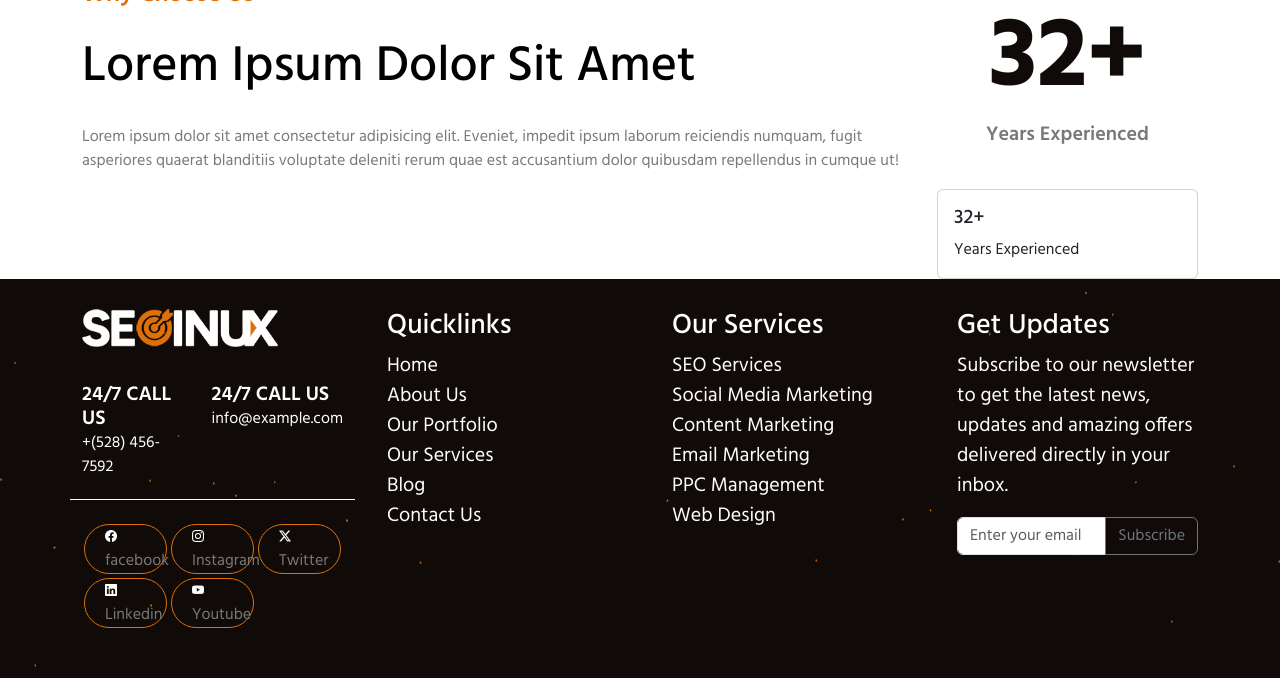
Repository: tagnam/seoinox
Page: about.html
An editor plug-in stored every save of this project. The page is shown before and after a run of saves, followed by the edit.
The browser window is 1280 px wide. The pictures show the part of the page from y = 3019 to 3745 px (the page is 3697 px tall before and 3745 px after).
A picture or video elsewhere on the page could not be fetched, so the positions and the page height are approximate. Backgrounds fixed to the window are drawn as part of the page.

Above is the page before, as saved 2025-02-26 11:10:53.

### about.html
<!DOCTYPE html>
<html lang="en">
<head>
    <meta charset="UTF-8">
    <meta name="viewport" content="width=device-width, initial-scale=1.0">
    <title>SEOINOX</title>
    <link href="https://cdn.jsdelivr.net/npm/bootstrap@5.3.3/dist/css/bootstrap.min.css" rel="stylesheet" integrity="sha384-QWTKZyjpPEjISv5WaRU9OFeRpok6YctnYmDr5pNlyT2bRjXh0JMhjY6hW+ALEwIH" crossorigin="anonymous">
    <link rel="stylesheet" href="style/css/style.css">
    <link rel="stylesheet" href="style/css/responsive.css">
    <link rel="stylesheet" href="style/css/animation.css">
</head>


<body>
  <header>
    <nav class="navbar navbar-expand-lg ">
        <div class="container-fluid">
          <a class="navbar-brand" href="#"><img src="images/main-logo-sec.png" width="100%" alt=""></a>
          <button class="navbar-toggler" type="button" data-bs-toggle="collapse" data-bs-target="#navbarSupportedContent" aria-controls="navbarSupportedContent" aria-expanded="false" aria-label="Toggle navigation">
            <span class="navbar-toggler-icon"></span>
          </button>
          <div class="collapse navbar-collapse custom-navbar-collapse" id="navbarSupportedContent">
            <ul class="navbar-nav custom-navbar-nav">
              <li class="nav-item">
                <a class="nav-link active" aria-current="page" href="/">Home</a>
              </li>
              <li class="nav-item">
                <a class="nav-link" href="about.html">About US</a>
              </li>
              <li class="nav-item">
                <a class="nav-link" href="portfolio.html">Our Portfolio</a>
              </li>
              <li class="nav-item">
                <a class="nav-link" href="service.html">Our Services</a>
              </li>
              <li class="nav-item">
                <a class="nav-link" href="blog.html">Blog</a>
              </li>
              <li class="nav-item">
                <a class="nav-link" href="contact.html">Contact Us</a>
              </li>
            </ul>
            <div class="d-flex" role="search">
                    <div class="menu-icon">
                        <div class="menu-icon-item"> </div>
                        <div class="menu-icon-item"></div>
                        <div class="menu-icon-item"></div>
                    </div>
            </div>
          </div>
        </div>
      </nav>
  </header>


<!--====================================== start hero section  ============================-->
 <section class="inner-page-hero-section">
    <div class="container">
        <div class="row">
                <div class="col-lg-12" style="z-index: 10;">
                    <div class="page-title">
                        <h2> About Us</h2>
                    </div>
                </div>
        </div>
    </div>
    <div class="overlay"></div>
 </section>

<!--====================================== end hero section  ============================-->

  <!--====================================== start about section  ============================-->
  <section class="about-section">
    <div class="container">
      <div class="row">
        <div class="col-lg-6" style="height: 800px;">
          <div class="about-img-container">
            <img src="images/about-image.png" alt="">
          </div>
        </div>
        <div class="col-lg-6">

          <div class="about-content-container">
            <div class="about-content">
              <h2 class="about-main-heading" style="text-align: start;">About Us</h2>
              <p class="about-sub-heading" style="text-align: start ; line-height: 80px;">Lorem ipsum dolor sit amet</p>
          </div>
          <p>At the core of our journey lies a commitment to driving growth fueled by a combination of expertise and passion. We believe growth is not just about numbers—it's about creating meaningful impact, fostering innovation, and building relationships that last. Our team brings a wealth of knowledge, experience, and dedication to every project.</p>
          <div class="about-card card">
            <div class="row g-4">
              <div class="col" style="background-color: #F7F7F7; border-radius: 15px;  ">
                <div class="card-body mission-vission">
                  <h5 class="card-title">Our Mission</h5>
                  <p class="card-text">Lorem ipsum dolor sit amet, consectetur adipiscing elit. </p>
                </div>
              </div>
              <div class="col" >
                <div class="card-body mission-vission">
                  <h5 class="card-title">Our Vision</h5>
                  <p class="card-text">Lorem ipsum dolor sit amet, consectetur adipiscing elit. </p>
                </div>
              </div>
            </div>
          </div>
        </div>
        </div>
      </div>
    </div>
  </section>

    <!--====================================== end about section  ============================-->
    <div class="clearfix"></div>


    <!--====================================== start choice  section  ============================-->

<section class="ab-page-choice-section">
<div class="container">
  <div class="row">
    <div class="col-lg-6" style="padding: 0px 50px;">
      <div class="about-content" >
        <h2 class="about-main-heading" style="text-align: start;">About Us</h2>
        <p class="about-sub-heading" style="text-align: start ; line-height: 80px; color: #fff;">Lorem ipsum dolor sit amet</p>
        <p style="text-align: start; color: #F7F7F7;">At the core of our journey lies a commitment to driving growth fueled by a combination of expertise and passion. We believe growth is not just about numbers—it's about creating meaningful impact, fostering innovation, and building relationships that last. Our team brings a wealth of knowledge, experience, and dedication to every project.</p>

    </div>
    </div>
    <div class="col-lg-6" style="padding: 0px 50px;">
      <div class="row row-cols-1 row-cols-md-2 g-4">
        <div class="col">
            <div class="card-body" style="color: #fff;">
              <h5 class="card-title choice-num">60<span>M</span></h5>
              <p class="card-text">Lorem ipsum dolor sit amet, consectetur adipiscing elit. </p>
          </div>
        </div>
        <div class="col">
          <div class="card-body" style="color: #fff;">
            <h5 class="card-title choice-num">80<span>%</span></h5>
            <p class="card-text">Lorem ipsum dolor sit amet, consectetur adipiscing elit. </p>
        </div>
        </div>
        <div class="col">
          <div class="card-body" style="color: #fff;">
            <h5 class="card-title choice-num">95<span>%</span> </h5>
            <p class="card-text">Lorem ipsum dolor sit amet, consectetur adipiscing elit. </p>
        </div>
        </div>
        <div class="col">
          <div class="card-body" style="color: #fff;">
            <h5 class="card-title choice-num">75<span>K</span> </h5>
            <p class="card-text">Lorem ipsum dolor sit amet, consectetur adipiscing elit. </p>
        </div>
        </div>
      </div>
    </div>
  </div>
</div>

</section>

        <!--====================================== end choice section  ============================-->

  <!--====================================== start choose section  ============================-->


  <section class="choose-section">
    <div class="container">
      <div class="row">
          <div class="col-lg-6 d-flex align-items-center">
              <div class="about-content">
                  <h2 class="about-main-heading" style="text-align: start;">Why Choose Us</h2>
                  <p class="about-sub-heading" style="text-align: start; font-size: 50px;">Lorem ipsum dolor sit amet</p>
                  <p  style="text-align: start;">Lorem ipsum dolor sit amet consectetur adipisicing elit. Eveniet, impedit ipsum laborum reiciendis numquam, fugit asperiores quaerat blanditiis voluptate deleniti rerum quae est accusantium dolor quibusdam repellendus in cumque ut!</p>

              </div>
          </div>
          <div class="col-lg-6">
            <div class="chooise-card-container">
              <div class="card chooise-card mb-5" >
                <div class="row g-0">
                  <div class="col-md-3">
                    <div class="choice-img-container">
                      <img src="images/step1.png" class="img-fluid" alt="...">
                    </div>
                  </div>
                  <div class="col-md-9">
                    <div class="card-body">
                      <h5 class="card-title choice-title">Card title</h5>
                      <p class="card-text">This is a wider card with supporting text below as a natural lead-in to additional content. This content is a little bit longer.</p>
                    </div>
                  </div>
                </div>
              </div>
              <div class="card chooise-card mb-5" >
                <div class="row g-0">
                  <div class="col-md-3">
                    <div class="choice-img-container">
                      <img src="images/step1.png" class="img-fluid" alt="...">
                    </div>
                  </div>
                  <div class="col-md-9">
                    <div class="card-body">
                      <h5 class="card-title choice-title">Card title</h5>
                      <p class="card-text">This is a wider card with supporting text below as a natural lead-in to additional content. This content is a little bit longer.</p>
                    </div>
                  </div>
                </div>
              </div>
              <div class="card chooise-card mb-5" >
                <div class="row g-0">
                  <div class="col-md-3">
                    <div class="choice-img-container">
                      <img src="images/step1.png" class="img-fluid" alt="...">
                    </div>
                  </div>
                  <div class="col-md-9">
                    <div class="card-body">
                      <h5 class="card-title choice-title">Card title</h5>
                      <p class="card-text">This is a wider card with supporting text below as a natural lead-in to additional content. This content is a little bit longer.</p>
                    </div>
                  </div>
                </div>
              </div>
              <div class="card chooise-card mb-5" >
                <div class="row g-0">
                  <div class="col-md-3">
                    <div class="choice-img-container">
                      <img src="images/step1.png" class="img-fluid" alt="...">
                    </div>
                  </div>
                  <div class="col-md-9">
                    <div class="card-body">
                      <h5 class="card-title choice-title">Card title</h5>
                      <p class="card-text">This is a wider card with supporting text below as a natural lead-in to additional content. This content is a little bit longer.</p>
                    </div>
                  </div>
                </div>
              </div>
            </div>
          </div>
      </div>
  </div>
</section>

  <!--====================================== end choose section  ============================-->
  <div class="clearfix"></div>

  <!--====================================== start team section  ============================-->

  <section>
    <div class="container">
      <div class="row">
        <div class="col-lg-9">
          <div class="about-content">
            <h2 class="about-main-heading" style="text-align: start;">Why Choose Us</h2>
            <p class="about-sub-heading" style="text-align: start; font-size: 50px;">Lorem ipsum dolor sit amet</p>
            <p  style="text-align: start;">Lorem ipsum dolor sit amet consectetur adipisicing elit. Eveniet, impedit ipsum laborum reiciendis numquam, fugit asperiores quaerat blanditiis voluptate deleniti rerum quae est accusantium dolor quibusdam repellendus in cumque ut!</p>

        </div>
        </div>
        <div class="col-lg-3">
          <div class="card-body">
            <h5 class="card-title exp-title">32+</h5>
            <p class="card-text " style="text-align: center; font-size: 20px; font-weight: 600;">Years Experienced</p>
          </div>
        </div>
      </div>
    </div>

    <div class="container">
      <div class="row">
        <div class="col-lg-9">

        </div>
        <div class="col-lg-3">
          <div class="card">
            <div class="card-body">
              <h5 class="card-title">32+</h5>
              <p class="card-text">Years Experienced</p>

            </div>
          </div>
        </div>
      </div>
    </div>
  </section>
  <!--====================================== end team section  ============================-->











<footer>
  <div class="container">
    <div class="row">
      <div class="col">
        <figure>
          <img src="images/main-logo.png" alt="" style="width: 75%;">
        </figure>
        <div class="row" style="padding: 20px 0px; border-bottom: 1px solid #fff;">
          <div class="col">
            <h4 class="footer-heading">24/7 CALL US</h4>
            <a href="" class="footer-link">+(528) 456-7592</a>
          </div>
          <div class="col">
            <h4 class="footer-heading">24/7 CALL US</h4>
            <a href="" class="footer-link">info@example.com</a>
          </div>
        </div>
        <div class="social-container row-cols-md-3  row g-1">
          <div class="col">
            <div class="social-icon"> <span><i class="bi bi-facebook"></i></span> facebook </div>
          </div>
          <div class="col">
            <div class="social-icon"> <span><i class="bi bi-instagram"></i></span> Instagram </div>
          </div>
          <div class="col">
            <div class="social-icon"> <span><i class="bi bi-twitter-x"></i></span> Twitter </div>
          </div>
          <div class="col">
            <div class="social-icon"> <span><i class="bi bi-linkedin"></i></span> Linkedin</div>
          </div>
          <div class="col">
            <div class="social-icon"> <span><i class="bi bi-youtube"></i></span> Youtube</div>
          </div>
        </div>
      </div>
      <div class="col">
          <div class="footer-content-heading">
              <h3><i class="ri-circle-fill"></i> Quicklinks</h3>
              <ul class="footer-list">
                <li><i class="ri-arrow-right-double-line"></i> <a class="footer-link" href="">Home</a></li>
                <li><i class="ri-arrow-right-double-line"></i> <a class="footer-link" href="">About Us</a></li>
                <li><i class="ri-arrow-right-double-line"></i> <a class="footer-link" href="">Our Portfolio</a></li>
                <li><i class="ri-arrow-right-double-line"></i> <a class="footer-link" href="">Our Services</a></li>
                <li><i class="ri-arrow-right-double-line"></i> <a class="footer-link" href="">Blog</a></li>
                <li><i class="ri-arrow-right-double-line"></i> <a class="footer-link" href="">Contact Us</a></li>
          </div>
      </div>
      <div class="col">
        <div class="footer-content-heading">
          <h3><i class="ri-circle-fill"></i> Our Services</h3>
            <ul class="footer-list">
              <li><i class="ri-arrow-right-double-line"></i> <a class="footer-link" href="">SEO Services</a></li>
              <li><i class="ri-arrow-right-double-line"></i> <a class="footer-link" href="">Social Media Marketing</a></li>
              <li><i class="ri-arrow-right-double-line"></i> <a class="footer-link" href="">Content Marketing</a></li>
              <li><i class="ri-arrow-right-double-line"></i> <a class="footer-link" href="">Email Marketing</a></li>
              <li><i class="ri-arrow-right-double-line"></i> <a class="footer-link" href="">PPC Management</a></li>
              <li><i class="ri-arrow-right-double-line"></i> <a class="footer-link" href="">Web Design</a></li>
            </ul>
      </div>
      </div>
      <div class="col">
        <div class="footer-content-heading">
          <h3><i class="ri-circle-fill"></i> Get Updates</h3>
          <p>Subscribe to our newsletter to get the latest news, updates and amazing offers delivered directly in your inbox.</p>
          <form action="">
            <div class="input-group mb-3">
              <input type="text" class="form-control" placeholder="Enter your email" aria-label="Recipient's username" aria-describedby="button-addon2">
              <button class="btn btn-outline-secondary" type="button" id="button-addon2">Subscribe</button>
            </div>
          </form>

      </div>
      </div>
    </div>
  </div>
</footer>
<script src="https://cdn.jsdelivr.net/npm/bootstrap@5.3.3/dist/js/bootstrap.bundle.min.js" integrity="sha384-YvpcrYf0tY3lHB60NNkmXc5s9fDVZLESaAA55NDzOxhy9GkcIdslK1eN7N6jIeHz" crossorigin="anonymous"></script>
<script src="https://unpkg.com/@studio-freight/lenis@1.0.42/dist/lenis.min.js"></script>

<script src="style/js/custom.js"></script>
</body>
</html>

Loaded but not shown: style/js/custom.js (12 lines, source omitted); style/css/style.css (603 lines, source omitted); style/css/responsive.css (no stored copy; drawn as an empty file); style/css/animation.css (no stored copy; drawn as an empty file)

After the next 3 saves:
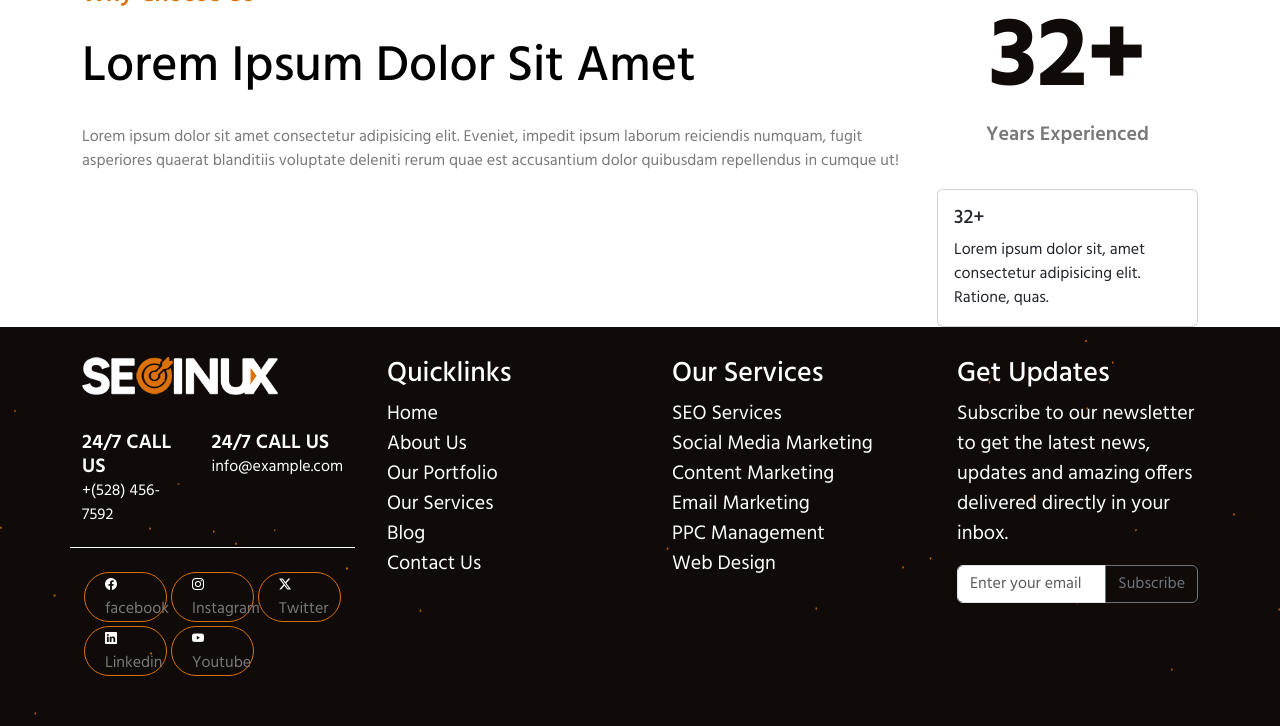
The 3 saves are shown as one change because they came seconds apart.
The last was saved 15 s later.
--- a/about.html
+++ b/about.html
@@ -276,7 +276,7 @@
           <div class="card">
             <div class="card-body">
               <h5 class="card-title">32+</h5>
-              <p class="card-text">Years Experienced</p>
+              <p class="card-text">Lorem ipsum dolor sit, amet consectetur adipisicing elit. Ratione, quas.</p>
 
             </div>
           </div>
